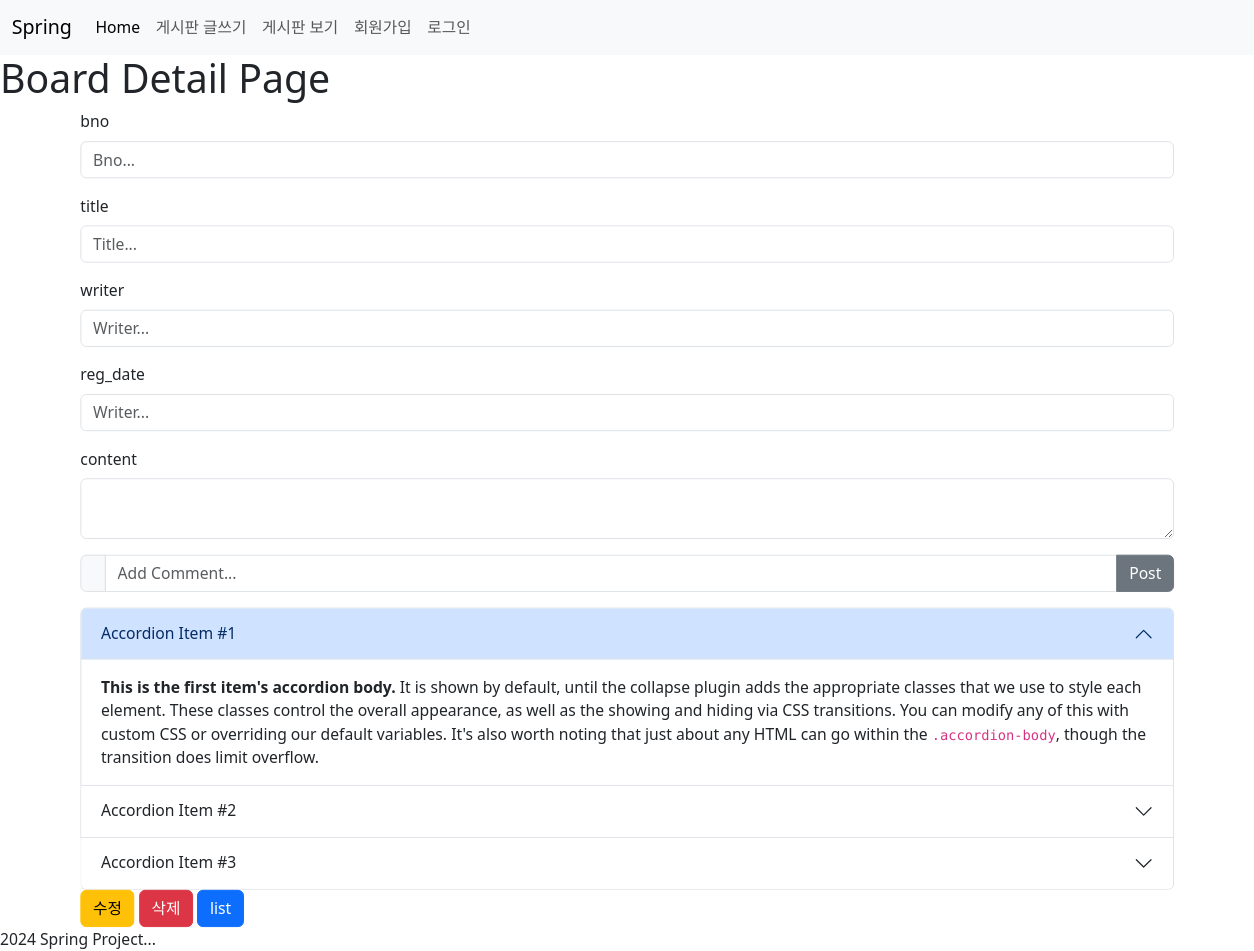
Repository: leechanggyu1118/Spring
Page: http://localhost/spring_study/WEB-INF/views/board/detail.jsp
The author's editor kept a copy of each file at every save. The page is drawn from the files as they stood at one save, then again after the next save.
The browser window is 1280 px wide. The pictures show the whole page, at 98% of full size.
The page is served by Tomcat 9. Nobody is signed in. The template is opened directly, without the code that normally fills it, so the values that code supplies are empty.

Above is the page before, as saved 2024-04-26 02:44:36.

After the next save:
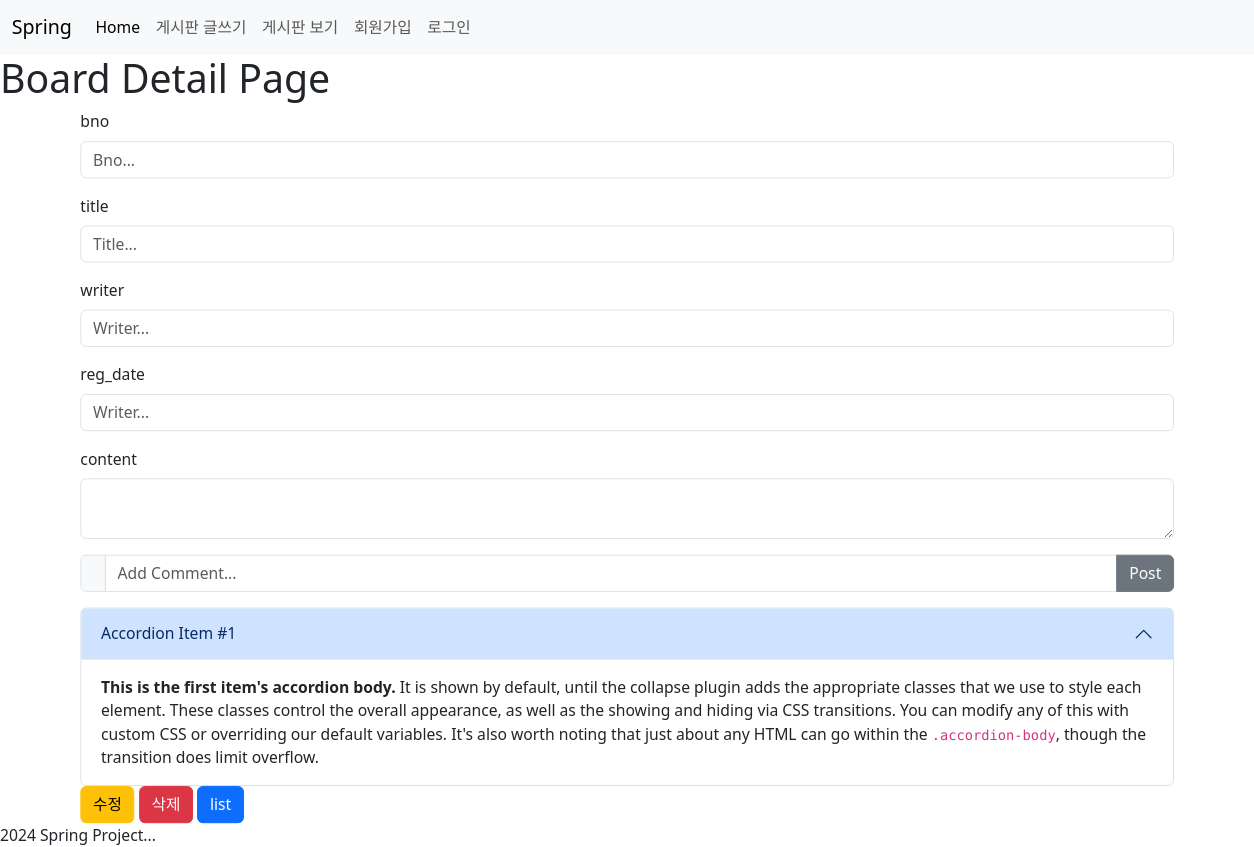
Saved 62 s later.
--- a/spring_study/src/main/webapp/WEB-INF/views/board/detail.jsp
+++ b/spring_study/src/main/webapp/WEB-INF/views/board/detail.jsp
@@ -51,30 +51,7 @@
 			      </div>
 			    </div>
 			  </div>
-			  <div class="accordion-item">
-			    <h2 class="accordion-header">
-			      <button class="accordion-button collapsed" type="button" data-bs-toggle="collapse" data-bs-target="#collapseTwo" aria-expanded="false" aria-controls="collapseTwo">
-			        Accordion Item #2
-			      </button>
-			    </h2>
-			    <div id="collapseTwo" class="accordion-collapse collapse" data-bs-parent="#accordionExample">
-			      <div class="accordion-body">
-			        <strong>This is the second item's accordion body.</strong> It is hidden by default, until the collapse plugin adds the appropriate classes that we use to style each element. These classes control the overall appearance, as well as the showing and hiding via CSS transitions. You can modify any of this with custom CSS or overriding our default variables. It's also worth noting that just about any HTML can go within the <code>.accordion-body</code>, though the transition does limit overflow.
-			      </div>
-			    </div>
-			  </div>
-			  <div class="accordion-item">
-			    <h2 class="accordion-header">
-			      <button class="accordion-button collapsed" type="button" data-bs-toggle="collapse" data-bs-target="#collapseThree" aria-expanded="false" aria-controls="collapseThree">
-			        Accordion Item #3
-			      </button>
-			    </h2>
-			    <div id="collapseThree" class="accordion-collapse collapse" data-bs-parent="#accordionExample">
-			      <div class="accordion-body">
-			        <strong>This is the third item's accordion body.</strong> It is hidden by default, until the collapse plugin adds the appropriate classes that we use to style each element. These classes control the overall appearance, as well as the showing and hiding via CSS transitions. You can modify any of this with custom CSS or overriding our default variables. It's also worth noting that just about any HTML can go within the <code>.accordion-body</code>, though the transition does limit overflow.
-			      </div>
-			    </div>
-			  </div>
+
 			</div>
 
 
